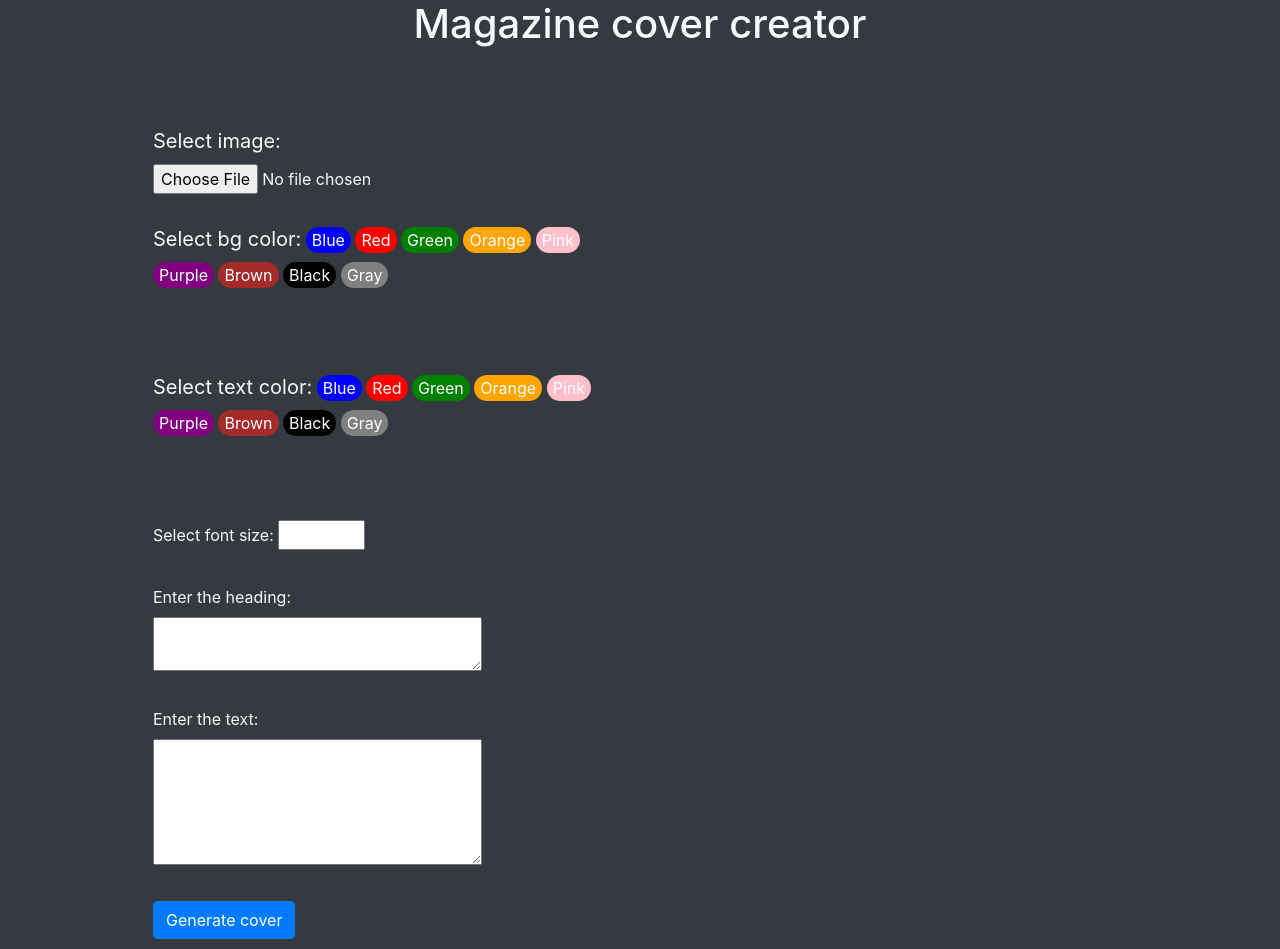
Repository: Sahil1515/First-Wish-Website
Page: http://localhost/createwish/
These files come from the project's save history. The page is drawn as it stood at one moment and after the next save; the edit follows.
The browser window is 1280 px wide. The pictures show the whole page.
The page is served by the project's application, run on Django 3.2 (manage.py).

Above is the page before, as saved 2021-09-06 09:57:35.

After the next save:
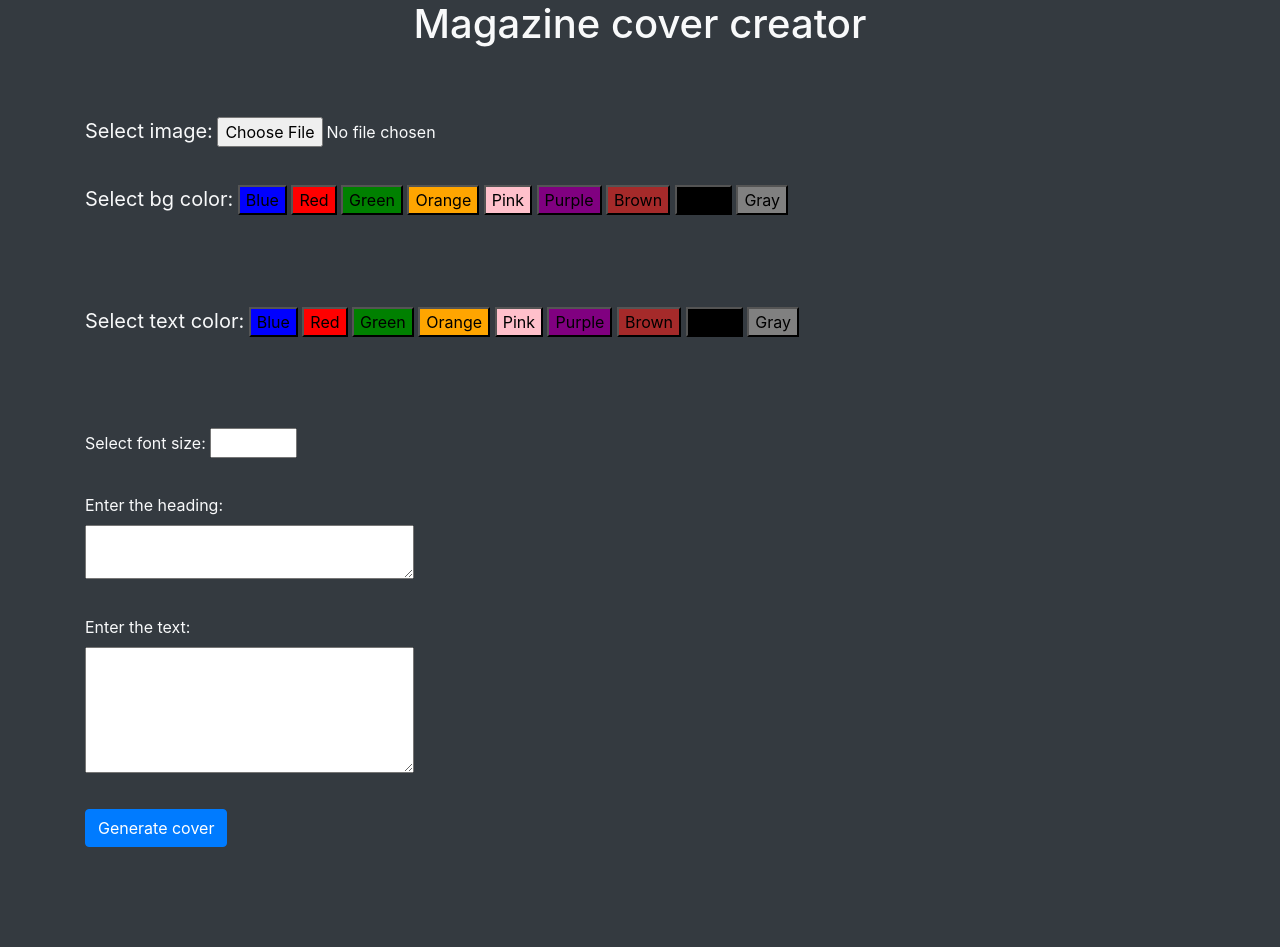
Saved 42 s later.
--- a/templates/create_wish.html
+++ b/templates/create_wish.html
@@ -1,6 +1,5 @@
- {% load static %}
+<!DOCTYPE html>
 
-<!DOCTYPE html>
 <html lang="en">
 
 <head>
@@ -9,7 +8,6 @@
     <script src="https://ajax.googleapis.com/ajax/libs/jquery/3.5.1/jquery.min.js"></script>
     <meta name="viewport" content="width=device-width, initial-scale=1.0">
     <link rel="stylesheet" href="https://stackpath.bootstrapcdn.com/bootstrap/4.4.1/css/bootstrap.min.css" integrity="sha384-Vkoo8x4CGsO3+Hhxv8T/Q5PaXtkKtu6ug5TOeNV6gBiFeWPGFN9MuhOf23Q9Ifjh" crossorigin="anonymous">
-    <link rel="stylesheet" href="{% static '../../static/home_page.css' %}" />
     <title>Index Page</title>
     <script>
         $(document).ready(function() {

After the save that followed:
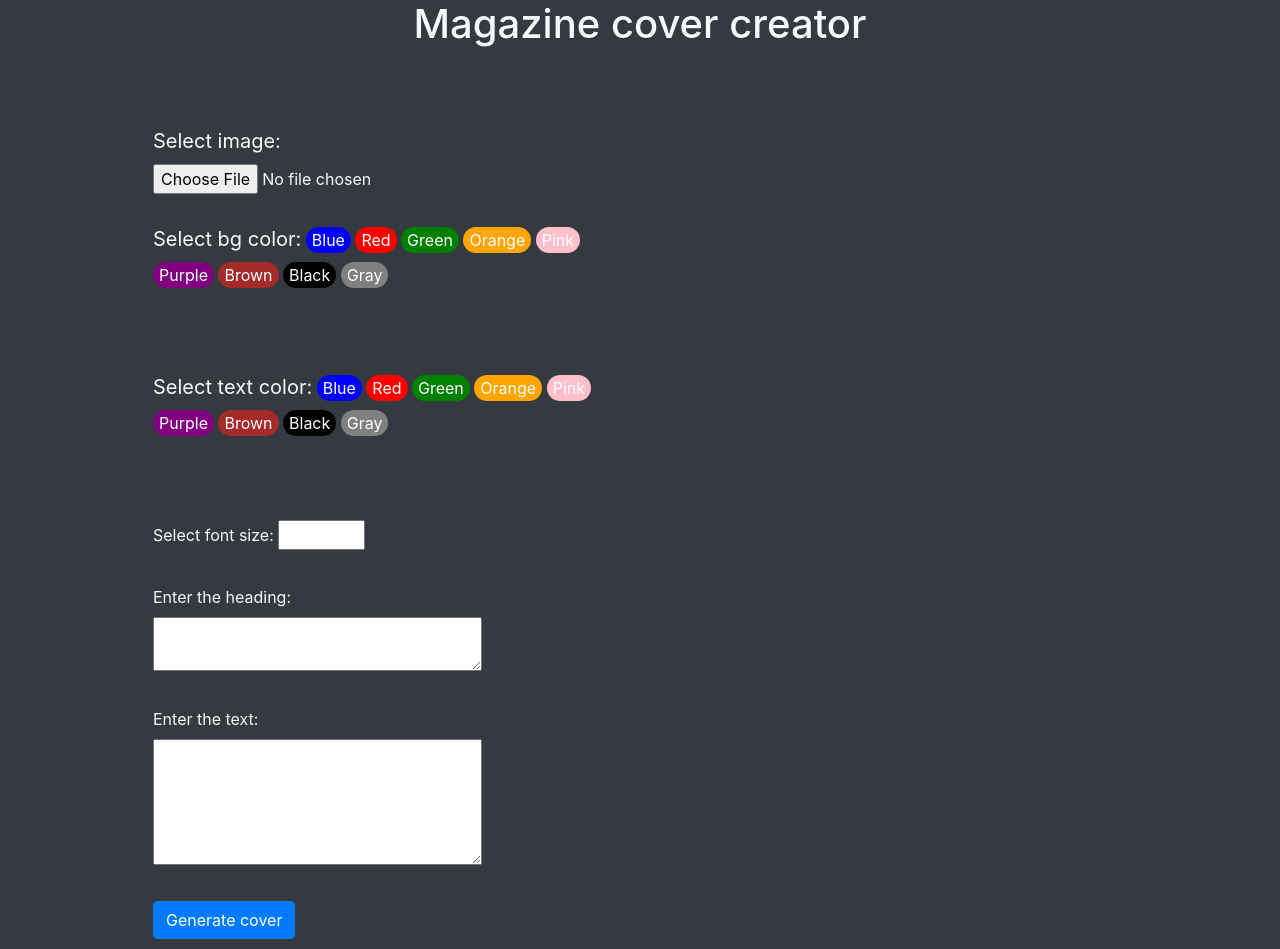
Saved 2 min 15 s later.
--- a/templates/create_wish.html
+++ b/templates/create_wish.html
@@ -1,4 +1,5 @@
 <!DOCTYPE html>
+
 
 <html lang="en">
 
@@ -8,6 +9,8 @@
     <script src="https://ajax.googleapis.com/ajax/libs/jquery/3.5.1/jquery.min.js"></script>
     <meta name="viewport" content="width=device-width, initial-scale=1.0">
     <link rel="stylesheet" href="https://stackpath.bootstrapcdn.com/bootstrap/4.4.1/css/bootstrap.min.css" integrity="sha384-Vkoo8x4CGsO3+Hhxv8T/Q5PaXtkKtu6ug5TOeNV6gBiFeWPGFN9MuhOf23Q9Ifjh" crossorigin="anonymous">
+    <link rel="stylesheet" href="static/home_page.css" />
+
     <title>Index Page</title>
     <script>
         $(document).ready(function() {
@@ -69,6 +72,63 @@
             image.src = URL.createObjectURL(event.target.files[0]);
         };
     </script>
+
+    <style>
+        button {
+            color: white;
+            border-radius: 15px;
+            border-width: 5px;
+            border-style: hidden;
+        }
+
+        img {
+            border-radius: 20px;
+            border: 5px solid black;
+            height: 800px;
+            width: 600px;
+            padding: 50px;
+            background-color: red;
+        }
+
+        .first-txt {
+            font-size: 30px;
+            position: relative;
+            top: -700px;
+            right: -100px;
+            color: red;
+        }
+
+        .second-txt {
+            font-size: 30px;
+            position: relative;
+            top: -400px;
+            right: -100px;
+            color: red;
+            height: 300px;
+            width: 450px;
+        }
+
+        .flex-container {
+            width: 80%;
+            min-height: 300px;
+            margin: 0 auto;
+            display: -webkit-flex;
+            /* Safari */
+            display: flex;
+            /* Standard syntax */
+        }
+
+        .flex-container .column {
+            padding: 10px;
+            /* background: #dbdfe5; */
+            -webkit-flex: 1;
+            /* Safari */
+            -ms-flex: 1;
+            /* IE 10 */
+            flex: 1;
+            /* Standard syntax */
+        }
+    </style>
 
 </head>
 
